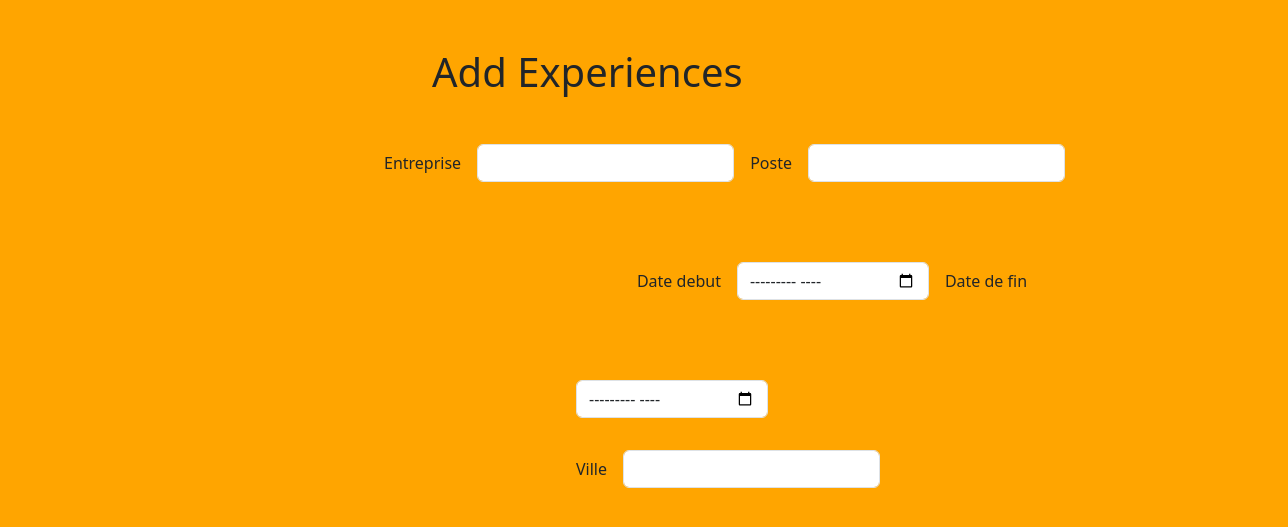
Repository: moAllElite/Examen-EJB-WEB-EAR
Page: http://localhost/SearchJobsWeb/views/exp_form_skills/addExp.jsp
An editor plug-in stored every save of this project. The page is shown before and after the next save, followed by the edit.
The browser window is 1280 px wide. The page is 1288 px wide, then 1280 px, so the pictures cover 1288 px, including what lies to the right of the window. The pictures show the whole page.
The page is served by Tomcat 9. Nobody is signed in. The application's start-up code is not run. Other server files are loaded and not shown.

Above is the page before, as saved 2023-03-25 22:39:34.

### SearchJobsWeb/src/main/webapp/views/exp_form_skills/addExp.jsp
<%@ page language="java" contentType="text/html; charset=ISO-8859-1"
    pageEncoding="ISO-8859-1"%>
<!DOCTYPE html>
<html>
<head>
<meta charset="ISO-8859-1">
<title>Experience</title>
</head>
<body>
	<h1 class=" m-5">Add Experiences</h1>
	<form method="post" action="AddExperience">
		<jsp:include page="main.jsp"></jsp:include>
	</form>
</body>
</html>

### SearchJobsWeb/src/main/webapp/views/exp_form_skills/main.jsp
<%@ page language="java" contentType="text/html; charset=ISO-8859-1"
    pageEncoding="ISO-8859-1"%>
<!DOCTYPE html>
<html>
<head>
<meta charset="ISO-8859-1">
<title>Insert title here</title>
	 <link href="https://cdn.jsdelivr.net/npm/bootstrap@5.3.0-alpha1/dist/css/bootstrap.min.css" rel="stylesheet" integrity="sha384-GLhlTQ8iRABdZLl6O3oVMWSktQOp6b7In1Zl3/Jr59b6EGGoI1aFkw7cmDA6j6gD" crossorigin="anonymous">

	</head>
	<body  style="background-color: orange; margin-left: 30%;">
		<!-- Example Code -->
    	<div class=""d-flex justify-content-evenly mt-5">
	 	   <div class="row g-3 align-items-center sm-5">
		      <div class="col-auto">
		        <label for="inputPassword6" class="col-form-label">Entreprise</label>
		      </div>
			      <div class="col-auto">
			        <input type="text"  class="form-control" name="societe" name="" aria-describedby="addon-wrapping">
			      </div>
			      <div class="col-auto">
			      <label for="inputPassword6" class="col-form-label">Poste</label>
			    </div>
			    <div class="col-auto">
			      <input type="text"  class="form-control" name="poste" required="required" aria-describedby="addon-wrapping">
			    </div>

		 </div>

		  	<!-- Example Code -->
	    <div class="d-flex justify-content-evenly mt-5">
		    <div class="row g-3 align-items-center mt-3">
		      <div class="col-auto">
		        <label for="inputPassword6" class="col-form-label">Date debut</label>
		      </div>
		      <div class="col-auto">
		        <input type="month" name="datedb"  class="form-control" required="required"  aria-describedby="addon-wrapping">
		      </div>
		      <div class="col-auto">
		      <label for="inputPassword6" class="col-form-label">Date de fin</label>
		    </div>
		   </div>
	</div>
		   <div class="d-flex justify-content-evenly mt-5">
		    <div class="row g-3 align-items-center mt-3">
		    <div class="col-auto">
		      <input type="month"  name="datefn" required="required" class="form-control"  aria-describedby="addon-wrapping">
		    </div>
		    <div class="row g-3 align-items-center mt-3">
		      <div class="col-auto">
		        <label for="inputPassword6" class="col-form-label">Ville</label>
		      </div>
		      <div class="col-auto">
		        <input type="text" name="ville"  class="form-control" required="required"  aria-describedby="addon-wrapping">
		      </div>
		      </div>
		  </div>
	 </div>

	  	<script src="https://cdn.jsdelivr.net/npm/@popperjs/core@2.11.6/dist/umd/popper.min.js" integrity="sha384-oBqDVmMz9ATKxIep9tiCxS/Z9fNfEXiDAYTujMAeBAsjFuCZSmKbSSUnQlmh/jp3" crossorigin="anonymous"></script>
		<script src="https://cdn.jsdelivr.net/npm/bootstrap@5.3.0-alpha1/dist/js/bootstrap.min.js" integrity="sha384-mQ93GR66B00ZXjt0YO5KlohRA5SY2XofN4zfuZxLkoj1gXtW8ANNCe9d5Y3eG5eD" crossorigin="anonymous"></script>

	</body>
</html>

After the next save:
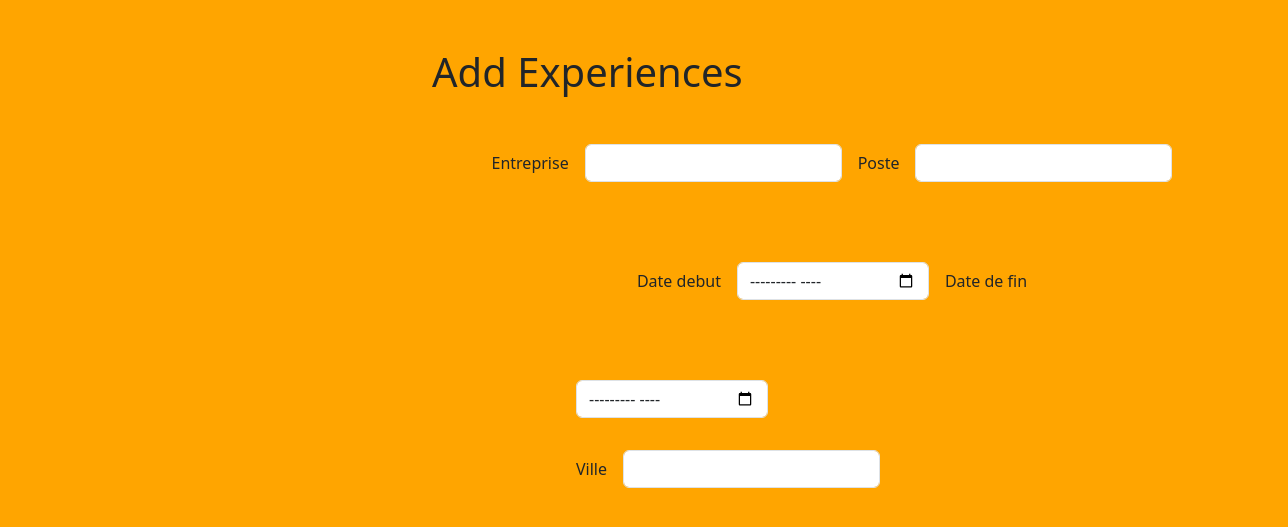
Saved 62 s later.
--- a/SearchJobsWeb/src/main/webapp/views/exp_form_skills/main.jsp
+++ b/SearchJobsWeb/src/main/webapp/views/exp_form_skills/main.jsp
@@ -10,21 +10,21 @@
 	</head>
 	<body  style="background-color: orange; margin-left: 30%;">
 		<!-- Example Code -->
-    	<div class=""d-flex justify-content-evenly mt-5">
+    	<div class="d-flex justify-content-evenly mt-5">
 	 	   <div class="row g-3 align-items-center sm-5">
 		      <div class="col-auto">
 		        <label for="inputPassword6" class="col-form-label">Entreprise</label>
 		      </div>
-			      <div class="col-auto">
-			        <input type="text"  class="form-control" name="societe" name="" aria-describedby="addon-wrapping">
-			      </div>
-			      <div class="col-auto">
+			   <div class="col-auto">
+			      <input type="text"  class="form-control" name="societe" name="" aria-describedby="addon-wrapping">
+			    </div>
+			    <div class="col-auto">
 			      <label for="inputPassword6" class="col-form-label">Poste</label>
 			    </div>
-			    <div class="col-auto">
+			   <div class="col-auto">
 			      <input type="text"  class="form-control" name="poste" required="required" aria-describedby="addon-wrapping">
-			    </div>
-
+			   </div>
+		  	</div>
 		 </div>
 
 		  	<!-- Example Code -->
@@ -40,12 +40,12 @@
 		      <label for="inputPassword6" class="col-form-label">Date de fin</label>
 		    </div>
 		   </div>
-	</div>
-		   <div class="d-flex justify-content-evenly mt-5">
+		</div>
+		<div class="d-flex justify-content-evenly mt-5">
 		    <div class="row g-3 align-items-center mt-3">
-		    <div class="col-auto">
-		      <input type="month"  name="datefn" required="required" class="form-control"  aria-describedby="addon-wrapping">
-		    </div>
+			    <div class="col-auto">
+		    	  <input type="month"  name="datefn" required="required" class="form-control"  aria-describedby="addon-wrapping">
+		    	</div>
 		    <div class="row g-3 align-items-center mt-3">
 		      <div class="col-auto">
 		        <label for="inputPassword6" class="col-form-label">Ville</label>
